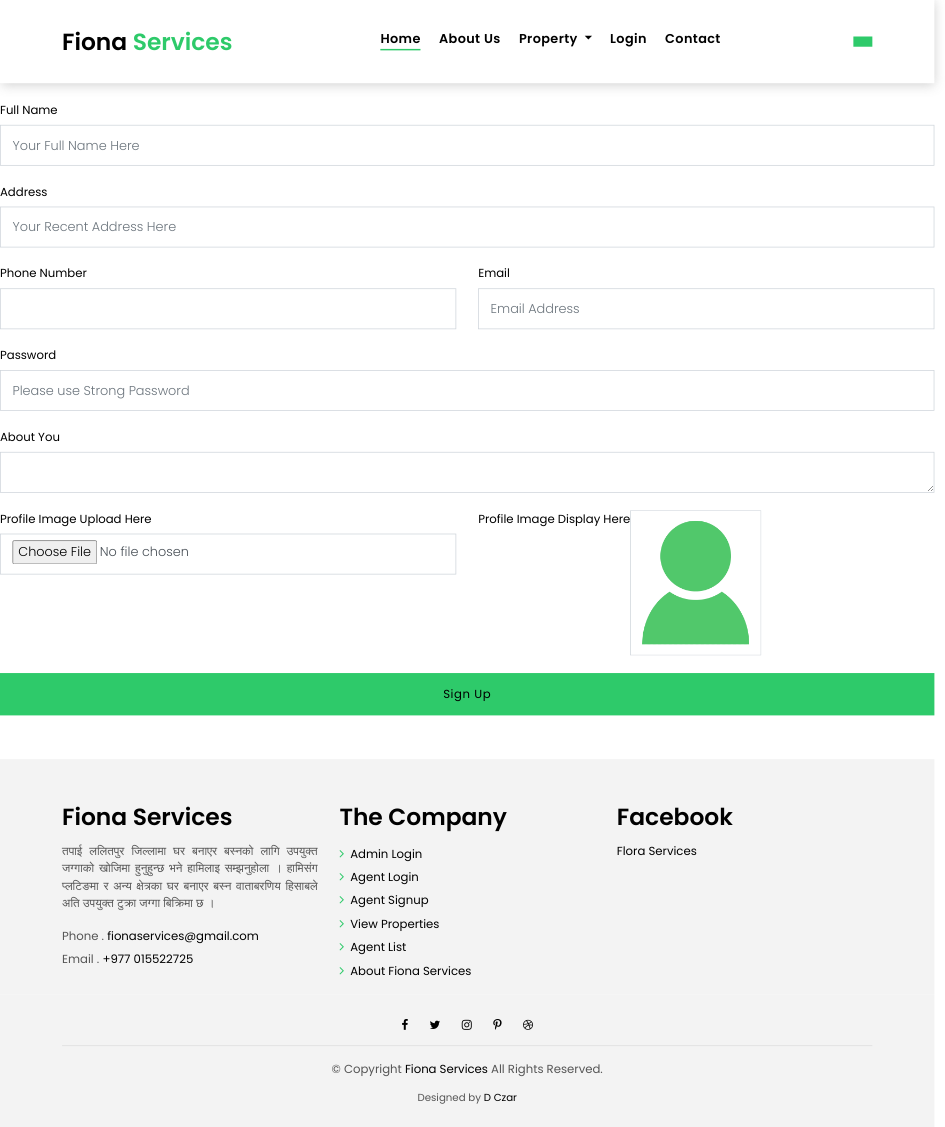
Repository: Sjuicyy/realstate
Page: http://localhost/Add-Property.php
These files come from the project's save history. The page is drawn as it stood at one moment and after the next save; the edit follows.
The browser window is 1280 px wide. The page is 1295 px wide, so the pictures cover 1295 px, including what lies to the right of the window. The pictures show the whole page, at 73% of full size.
The page is run by PHP 8.4 with error messages shown; the project is at /var/www/html/.

Above is the page before, as saved 2022-10-13 14:34:39.

### Add-Property.php
<!DOCTYPE html>
<html lang="en">

<head>
  <meta charset="utf-8">
  <title>Fiona Services</title>
  <meta content="width=device-width, initial-scale=1.0" name="viewport">
  <meta content="" name="keywords">
  <meta content="" name="description">

  <!-- Favicons -->
  <link href="img/favicon.png" rel="icon">
  <link href="img/apple-touch-icon.png" rel="apple-touch-icon">

  <!-- Google Fonts -->
  <link href="https://fonts.googleapis.com/css?family=Poppins:300,400,500,600,700" rel="stylesheet">

  <!-- Bootstrap CSS File -->
  <link href="lib/bootstrap/css/bootstrap.min.css" rel="stylesheet">

  <!-- Libraries CSS Files -->
  <link href="lib/font-awesome/css/font-awesome.min.css" rel="stylesheet">
  <link href="lib/animate/animate.min.css" rel="stylesheet">
  <link href="lib/ionicons/css/ionicons.min.css" rel="stylesheet">
  <link href="lib/owlcarousel/assets/owl.carousel.min.css" rel="stylesheet">

  <!-- Main Stylesheet File -->
  <link href="css/style.css" rel="stylesheet">

  <!-- =======================================================
    Theme Name: EstateAgency
    Theme URL: https://bootstrapmade.com/real-estate-agency-bootstrap-template/
    Author: BootstrapMade.com
    License: https://bootstrapmade.com/license/
  ======================================================= -->
</head>
<div id="fb-root"></div>
<script async defer crossorigin="anonymous" src="https://connect.facebook.net/en_US/sdk.js#xfbml=1&version=v14.0"
  nonce="0jwGYLXn"></script>


<body>

  <div class="click-closed"></div>
  <!--/ Form Search Star /-->

  </div>
  <!-- / Form Search End /-->

  <!--/ Nav Star /-->
  <nav class="navbar navbar-default navbar-trans navbar-expand-lg fixed-top">
    <div class="container">
      <button class="navbar-toggler collapsed" type="button" data-toggle="collapse" data-target="#navbarDefault"
        aria-controls="navbarDefault" aria-expanded="false" aria-label="Toggle navigation">
      </button>
      <a class="navbar-brand text-brand" href="index.php">Fiona<span class="color-b"> Services</span></a>
      <button type="button" class="btn btn-link nav-search navbar-toggle-box-collapse d-md-none" data-toggle="collapse"
        data-target="#navbarTogglerDemo01" aria-expanded="false" title="Agent Space">

      </button>
      <div class="navbar-collapse collapse justify-content-center" id="navbarDefault">
        <ul class="navbar-nav">
          <li class="nav-item">
            <a class="nav-link active" href="index.php">Home</a>
          </li>
          <li class="nav-item">
            <a class="nav-link" href="about.php">About Us</a>
          </li>
          <li class="nav-item dropdown">
            <a class="nav-link dropdown-toggle" href="#" id="navbarDropdown" role="button" data-toggle="dropdown"
              aria-haspopup="true" aria-expanded="false">
              Property
            </a>
            <div class="dropdown-menu" aria-labelledby="navbarDropdown">
              <a class="dropdown-item" href="property-single.php">Property Single</a>
              <a class="dropdown-item" href="property-grid.php">Property List</a>
            </div>
          </li>

          <!-- <li class="nav-item">
                     <a class="nav-link" href="blog-grid.html">Blog</a>
                   </li> -->
          <li class="nav-item">
            <a class="nav-link" href="Login.php">Login</a>
          </li>
          <li class="nav-item">
            <a class="nav-link" href="contact.php">Contact</a>
          </li>
        </ul>
      </div>
      <button type="button" class="btn btn-b-n navbar-toggle-box-collapse d-none d-md-block" data-toggle="collapse"
        data-target="#navbarTogglerDemo01" aria-expanded="false" title="Agent Space">
      </button>
    </div>
  </nav>
  <!--/ Nav End /-->











  <div class="">
    <div class="title-box-d">
      <h3 class="title-d">Welcome to Agent Space</h3>
    </div>
    <div class=" form">
      <div id="modal2">
        <form class="form-a" action="agentsave.php" method="POST" enctype="multipart/form-data">
          <div class="row">
            <div class="col-md-12 mb-2">
              SignUp here: <br><br>
              <div class="form-group">
                <label for="Type">Full Name</label>
                <input type="text" class="form-control form-control-lg form-control-a" placeholder="Your Full Name Here"
                  name="Name">
              </div>
            </div>
            <div class="col-md-12 mb-2">
              <div class="form-group">
                <label for="Type">Address</label>
                <input type="text" class="form-control form-control-lg form-control-a"
                  placeholder="Your Recent Address Here" name="Address">
              </div>
            </div>
            <div class="col-md-6 mb-2">
              <div class="form-group">
                <label for="city">Phone Number</label>
                <input type="number" class="form-control form-control-lg form-control-a" name="Phone">
              </div>
            </div>
            <div class="col-md-6 mb-2">
              <div class="form-group">
                <label for="bedrooms">Email</label>
                <input type="email" class="form-control form-control-lg form-control-a" placeholder="Email Address"
                  name="Email">
              </div>
            </div>
            <div class="col-md-12 mb-2">
              <div class="form-group">
                <label for="garages">Password</label>
                <input type="password" class="form-control form-control-lg form-control-a"
                  placeholder="Please use Strong Password" name="Password">
              </div>
            </div>
            <div class="col-md-12 mb-2">
              <div class="form-group">
                <label for="bathrooms">About You</label>
                <textarea class="form-control form-control-lg form-control-a" id="bathrooms" name="Detail">
              </textarea>
              </div>
            </div>
            <div class="col-md-6 mb-2">
              <div class="form-group">
                <label for="price">Profile Image Upload Here</label>
                <input type="file" class="form-control form-control-lg form-control-a" onchange="readURL(this);"
                  name="Photo">
              </div>
            </div>
            <div class="col-md-6 mb-2">
              <div class="form-group text-center">
                <label for="price" style="float: left">Profile Image Display Here</label>
                <img src="img/user.png" id="blah" class="form-control"
                  style="max-width:180px;width: 100%;height: auto;" />
              </div>
            </div>
            <div class="col-md-12">
              <button type="submit" name="submit" class="btn btn-b" style="width: 100%;">Sign Up</button>
            </div>
          </div>
        </form>
      </div>

    </div>


















    <!--/ footer Star /-->
    <section class="section-footer">
      <div class="container">
        <div class="row">
          <div class="col-sm-12 col-md-4">
            <div class="widget-a">
              <div class="w-header-a">
                <h3 class="w-title-a text-brand">Fiona Services</h3>
              </div>
              <div class="w-body-a">
                <p class="w-text-a color-text-a" align="justify">
                  तपाई ललितपुर जिल्लामा घर बनाएर बस्नको लागि उपयुक्त जग्गाको खोजिमा हुनुहुन्छ भने हामिलाइ सम्झनुहोला ।
                  हामिसंग प्लटिङमा र अन्य क्षेत्रका घर बनाएर बस्न वाताबरणिय हिसाबले अति उपयुक्त टुक्रा जग्गा बिक्रिमा छ
                  ।
                </p>
              </div>
              <div class="w-footer-a">
                <ul class="list-unstyled">
                  <li class="color-a">
                    <span class="color-text-a">Phone .</span> fionaservices@gmail.com
                  </li>
                  <li class="color-a">
                    <span class="color-text-a">Email .</span> +977 015522725
                  </li>
                </ul>
              </div>
            </div>
          </div>
          <div class="col-sm-12 col-md-4 section-md-t3">
            <div class="widget-a">
              <div class="w-header-a">
                <h3 class="w-title-a text-brand">The Company</h3>
              </div>
              <div class="w-body-a">
                <div class="w-body-a">
                  <ul class="list-unstyled">
                    <li class="item-list-a">
                      <i class="fa fa-angle-right"></i> <a href="#">Admin Login</a>
                    </li>
                    <li class="item-list-a">
                      <i class="fa fa-angle-right"></i> <a href="#">Agent Login</a>
                    </li>
                    <li class="item-list-a">
                      <i class="fa fa-angle-right"></i> <a href="#">Agent Signup</a>
                    </li>
                    <li class="item-list-a">
                      <i class="fa fa-angle-right"></i> <a href="#">View Properties</a>
                    </li>
                    <li class="item-list-a">
                      <i class="fa fa-angle-right"></i> <a href="#">Agent List</a>
                    </li>
                    <li class="item-list-a">
                      <i class="fa fa-angle-right"></i> <a href="#">About Fiona Services</a>
                    </li>
                  </ul>
                </div>
              </div>
            </div>
          </div>
          <div class="col-sm-12 col-md-4 section-md-t3">
            <div class="widget-a">
              <div class="w-header-a">
                <h3 class="w-title-a text-brand">Facebook</h3>
              </div>
              <div class="w-body-a">
                <div class="fb-page" data-href="https://www.facebook.com/floraservices2070" data-tabs="timeline"
                  data-width="" data-height="110" data-small-header="false" data-adapt-container-width="true"
                  data-hide-cover="false" data-show-facepile="false">
                  <blockquote cite="https://www.facebook.com/floraservices2070" class="fb-xfbml-parse-ignore"><a
                      href="https://www.facebook.com/floraservices2070">Flora Services</a></blockquote>
                </div>
              </div>
            </div>
          </div>
        </div>
      </div>
    </section>
    <footer>
      <div class="container">
        <div class="row">
          <div class="col-md-12">

            <div class="socials-a">
              <ul class="list-inline">
                <li class="list-inline-item">
                  <a href="#">
                    <i class="fa fa-facebook" aria-hidden="true"></i>
                  </a>
                </li>
                <li class="list-inline-item">
                  <a href="#">
                    <i class="fa fa-twitter" aria-hidden="true"></i>
                  </a>
                </li>
                <li class="list-inline-item">
                  <a href="#">
                    <i class="fa fa-instagram" aria-hidden="true"></i>
                  </a>
                </li>
                <li class="list-inline-item">
                  <a href="#">
                    <i class="fa fa-pinterest-p" aria-hidden="true"></i>
                  </a>
                </li>
                <li class="list-inline-item">
                  <a href="#">
                    <i class="fa fa-dribbble" aria-hidden="true"></i>
                  </a>
                </li>
              </ul>
            </div>
            <div class="copyright-footer">
              <p class="copyright color-text-a">
                &copy; Copyright
                <span class="color-a">Fiona Services</span> All Rights Reserved.
              </p>
            </div>
            <div class="credits">

              Designed by <a href="https://pritambajagain.com.np/">D Czar</a>
            </div>
          </div>
        </div>
      </div>
    </footer>
    <!--/ Footer End /-->

    <a href="#" class="back-to-top"><i class="fa fa-chevron-up"></i></a>
    <div id="preloader"></div>

    <!-- JavaScript Libraries -->
    <script>
      function readURL(input) {
        if (input.files && input.files[0]) {
          var reader = new FileReader();

          reader.onload = function (e) {
            $('#blah')
              .attr('src', e.target.result);
          };

          reader.readAsDataURL(input.files[0]);
        }
      }
    </script>
    <script src="lib/jquery/jquery.min.js"></script>
    <script src="lib/jquery/jquery-migrate.min.js"></script>
    <script src="lib/popper/popper.min.js"></script>
    <script src="lib/bootstrap/js/bootstrap.min.js"></script>
    <script src="lib/easing/easing.min.js"></script>
    <script src="lib/owlcarousel/owl.carousel.min.js"></script>
    <script src="lib/scrollreveal/scrollreveal.min.js"></script>
    <!-- Contact Form JavaScript File -->
    <script src="contactform/contactform.js"></script>

    <!-- Template Main Javascript File -->
    <script src="js/main.js"></script>

</body>

</html>

Loaded but not shown: lib/bootstrap/css/bootstrap.min.css (library); lib/font-awesome/css/font-awesome.min.css (library); lib/animate/animate.min.css (library); lib/ionicons/css/ionicons.min.css (library); lib/owlcarousel/assets/owl.carousel.min.css (library); lib/jquery/jquery.min.js (library); lib/jquery/jquery-migrate.min.js (library); lib/popper/popper.min.js (library); lib/bootstrap/js/bootstrap.min.js (library); lib/easing/easing.min.js (common file); lib/owlcarousel/owl.carousel.min.js (library); lib/scrollreveal/scrollreveal.min.js (library); js/main.js (150 lines, source omitted); contactform/contactform.js (118 lines, source omitted); css/style.css (2025 lines, source omitted)

After the next save:
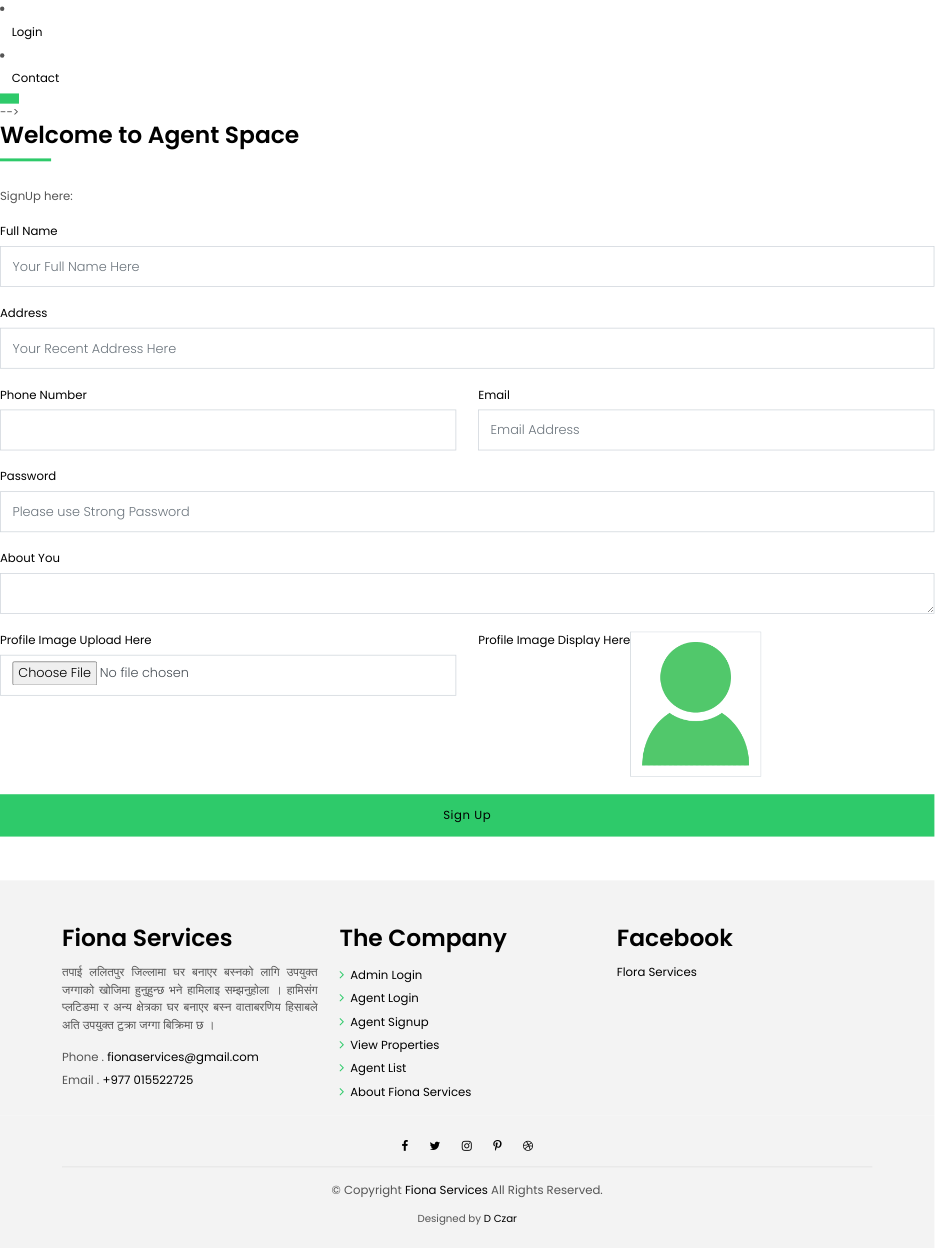
Saved 13 s later.
--- a/Add-Property.php
+++ b/Add-Property.php
@@ -48,7 +48,7 @@
   <!-- / Form Search End /-->
 
   <!--/ Nav Star /-->
-  <nav class="navbar navbar-default navbar-trans navbar-expand-lg fixed-top">
+  <!-- <nav class="navbar navbar-default navbar-trans navbar-expand-lg fixed-top">
     <div class="container">
       <button class="navbar-toggler collapsed" type="button" data-toggle="collapse" data-target="#navbarDefault"
         aria-controls="navbarDefault" aria-expanded="false" aria-label="Toggle navigation">
@@ -92,7 +92,7 @@
         data-target="#navbarTogglerDemo01" aria-expanded="false" title="Agent Space">
       </button>
     </div>
-  </nav>
+  </nav> -->
   <!--/ Nav End /-->
 
 

After the save that followed:
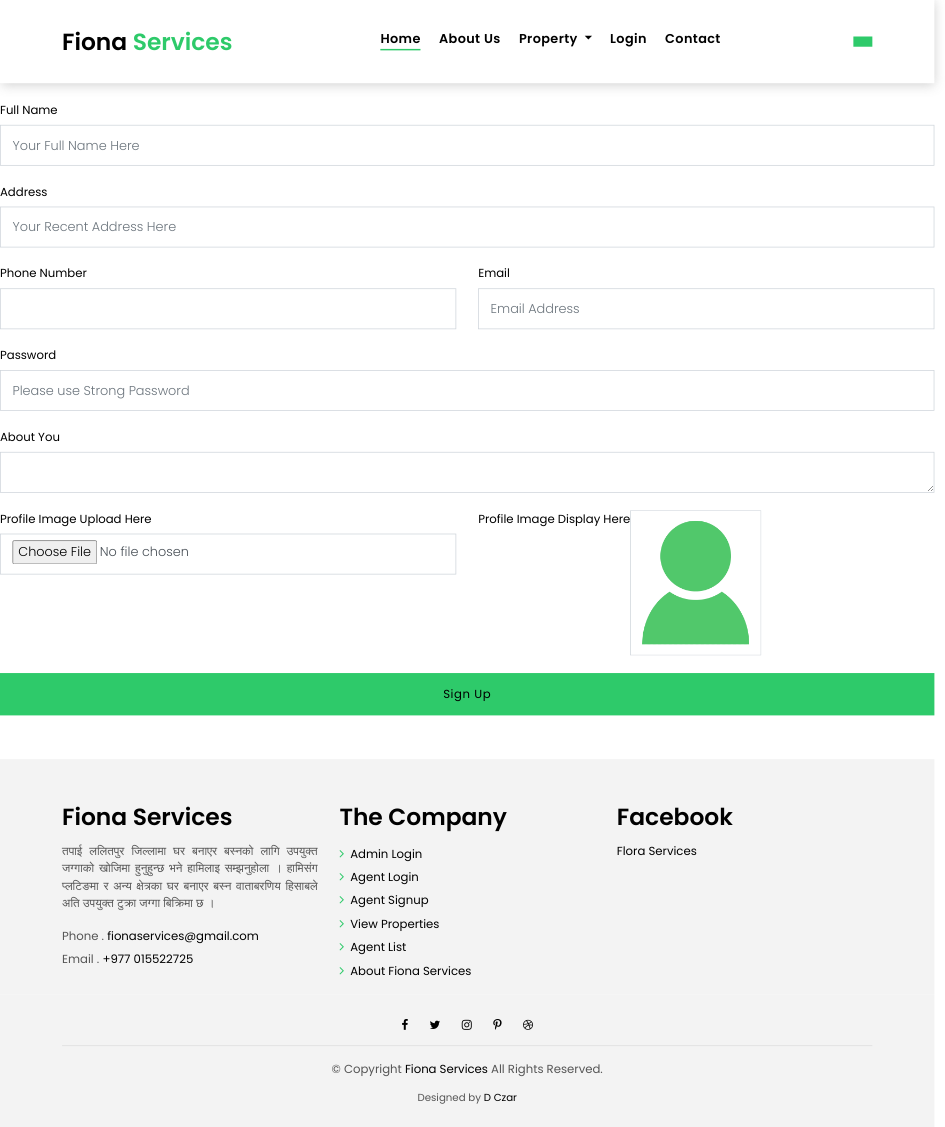
Saved 6 s later.
--- a/Add-Property.php
+++ b/Add-Property.php
@@ -48,7 +48,7 @@
   <!-- / Form Search End /-->
 
   <!--/ Nav Star /-->
-  <!-- <nav class="navbar navbar-default navbar-trans navbar-expand-lg fixed-top">
+  <nav class="navbar navbar-default navbar-trans navbar-expand-lg fixed-top">
     <div class="container">
       <button class="navbar-toggler collapsed" type="button" data-toggle="collapse" data-target="#navbarDefault"
         aria-controls="navbarDefault" aria-expanded="false" aria-label="Toggle navigation">
@@ -92,7 +92,7 @@
         data-target="#navbarTogglerDemo01" aria-expanded="false" title="Agent Space">
       </button>
     </div>
-  </nav> -->
+  </nav>
   <!--/ Nav End /-->
 
 
